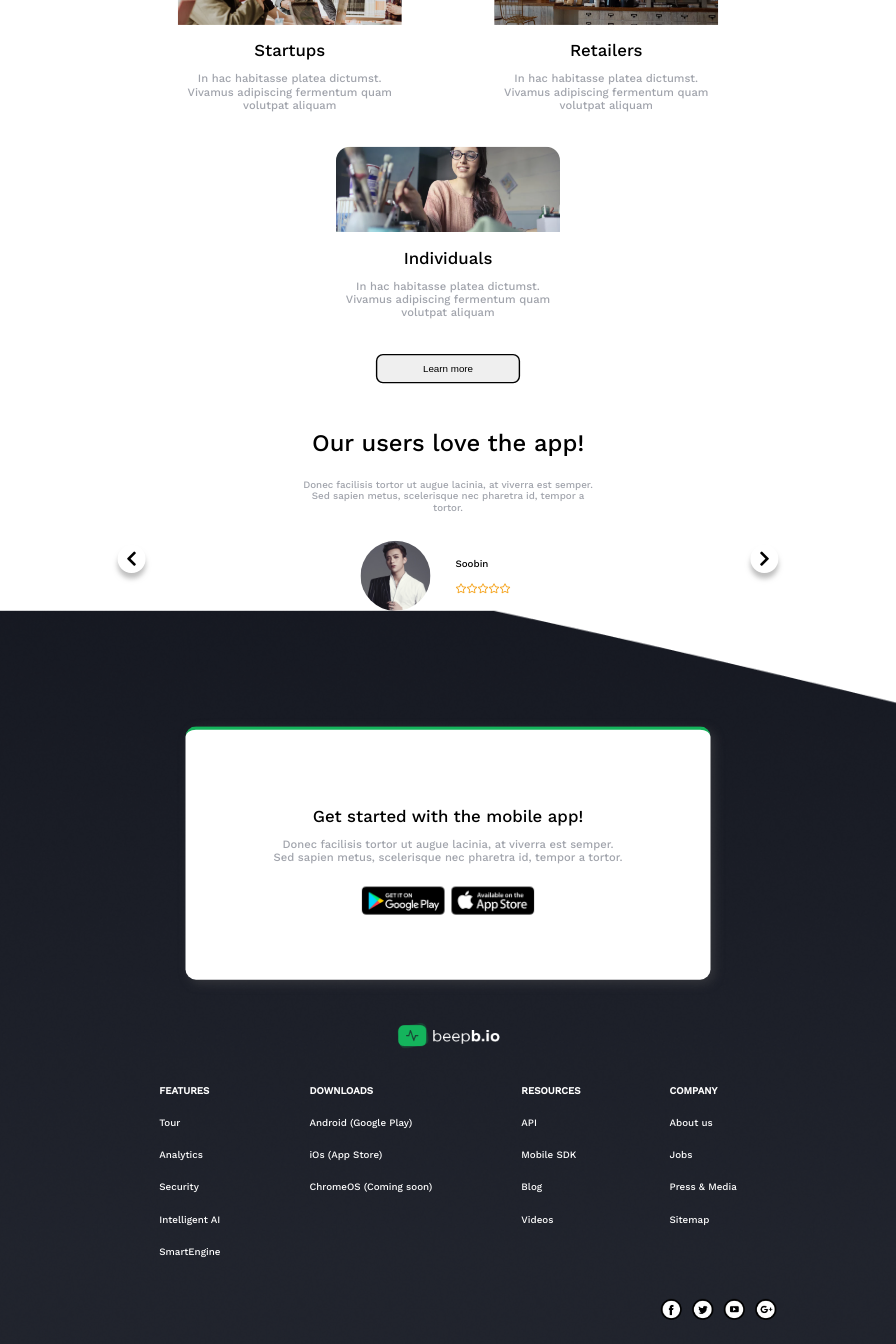
Repository: thinhnguyen347/thinhnguyen347.github.io
Page: cut-html-css/index.html
An editor plug-in stored every save of this project. The page is shown before and after the next save, followed by the edit.
The browser window is 1280 px wide. The pictures show the part of the page from y = 3302 to 5222 px (the page is 5222 px tall), at 70% of full size.

Above is the page before, as saved 2021-11-10 17:13:23.

After the next save:
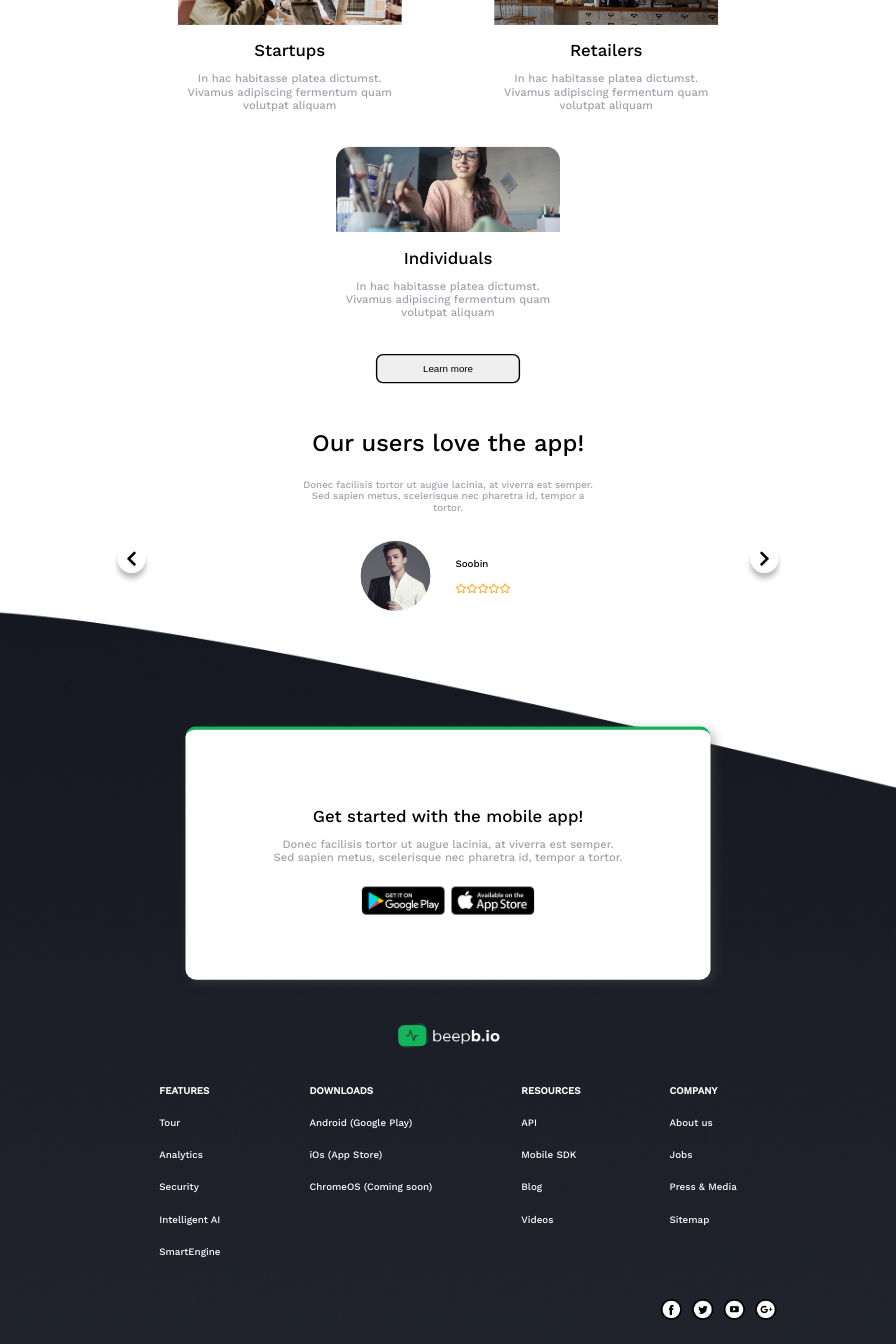
Saved 17 s later.
--- a/cut-html-css/css/style.css
+++ b/cut-html-css/css/style.css
@@ -381,7 +381,7 @@ img.oval-black {
 
 .bg-bottom {
   background-image: url("../img/bg-bottom.png");
-  background-position: bottom;
+  background-position: top;
   background-repeat: no-repeat;
   background-size: contain;
   height: auto;
